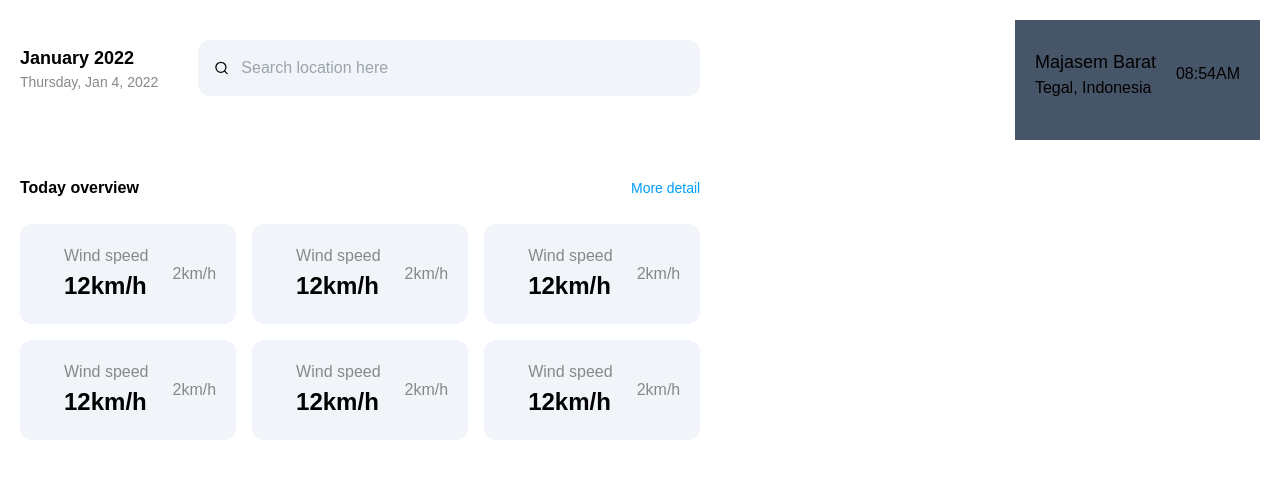
Repository: theweirdboiz/datawarehouse-ui
Page: /
An editor plug-in stored every save of this project. The page is shown before and after the next save, followed by the edit.
The browser window is 1280 px wide. The pictures show the whole page.
The project was rebuilt for these pictures with package versions that can differ from the ones it lists, and the page was loaded fresh each time. Also part of the build but not shown: vite.config.js.

Above is the page before, as saved 2022-11-23 16:39:06.

### index.html
<!DOCTYPE html>
<html lang="en">
  <head>
    <meta charset="UTF-8" />
    <link rel="icon" type="image/svg+xml" href="/vite.svg" />
    <meta name="viewport" content="width=device-width, initial-scale=1.0" />
    <title>Weather - Datawarehouse</title>
  </head>
  <body>
    <div id="root"></div>
    <script type="module" src="/src/main.jsx"></script>
  </body>
</html>

### src/App.jsx
import { useState } from "react";
import { FiSearch } from "react-icons/fi";

function App() {
  const date = "font-[900] text-lg";
  const detailDate = "text-sm text-[#888]";

  const contentTop = "mt-[20px] flex items-center gap-x-10 mb-20";
  const contentSearch =
    "content__search p-4 flex items-center gap-x-3 flex-1 rounded-xl bg-slate-100";

  return (
    <div className="container p-5 mx-auto">
      <div className="flex justify-between">
        <section className="content max-w-3xl">
          <div className={contentTop}>
            <div className="flex-col">
              <h3 className={date}>January 2022</h3>
              <div className={detailDate}>Thursday, Jan 4, 2022</div>
            </div>
            <div className={contentSearch}>
              <FiSearch />
              <input
                className="w-full bg-transparent"
                type="text"
                placeholder="Search location here"
              />
            </div>
          </div>
          <div className="content__detail">
            <div className="flex items-center justify-between">
              <h4 className="font-semibold">Today overview</h4>
              <div className="">
                <button className="text-sm font-medium text-[#009EFF]">
                  More detail
                </button>
              </div>
            </div>
            <div>
              <div className="content__detail-box grid grid-cols-3 gap-4 mt-6">
                <div className="content__detail-item p-5 flex items-center gap-x-6 bg-slate-100 rounded-xl">
                  <i></i>
                  <div className="speed flex flex-col">
                    <h4 className="text-[#888]">Wind speed</h4>
                    <span className="text-[24px] font-semibold">12km/h</span>
                  </div>
                  <span className="text-[#888]">2km/h</span>
                </div>
                <div className="content__detail-item p-5 flex items-center gap-x-6 bg-slate-100 rounded-xl">
                  <i></i>
                  <div className="speed flex flex-col">
                    <h4 className="text-[#888]">Wind speed</h4>
                    <span className="text-[24px] font-semibold">12km/h</span>
                  </div>
                  <span className="text-[#888]">2km/h</span>
                </div>
                <div className="content__detail-item p-5 flex items-center gap-x-6 bg-slate-100 rounded-xl">
                  <i></i>
                  <div className="speed flex flex-col">
                    <h4 className="text-[#888]">Wind speed</h4>
                    <span className="text-[24px] font-semibold">12km/h</span>
                  </div>
                  <span className="text-[#888]">2km/h</span>
                </div>
                <div className="content__detail-item p-5 flex items-center gap-x-6 bg-slate-100 rounded-xl">
                  <i></i>
                  <div className="speed flex flex-col">
                    <h4 className="text-[#888]">Wind speed</h4>
                    <span className="text-[24px] font-semibold">12km/h</span>
                  </div>
                  <span className="text-[#888]">2km/h</span>
                </div>
                <div className="content__detail-item p-5 flex items-center gap-x-6 bg-slate-100 rounded-xl">
                  <i></i>
                  <div className="speed flex flex-col">
                    <h4 className="text-[#888]">Wind speed</h4>
                    <span className="text-[24px] font-semibold">12km/h</span>
                  </div>
                  <span className="text-[#888]">2km/h</span>
                </div>
                <div className="content__detail-item p-5 flex items-center gap-x-6 bg-slate-100 rounded-xl">
                  <i></i>
                  <div className="speed flex flex-col">
                    <h4 className="text-[#888]">Wind speed</h4>
                    <span className="text-[24px] font-semibold">12km/h</span>
                  </div>
                  <span className="text-[#888]">2km/h</span>
                </div>
              </div>
            </div>
          </div>
        </section>
        <section className="content__right">
          <div className="bg-slate-600 p-5">
            <div className="flex items-center gap-x-5 justify-between mt-2 mb-5">
              <div className="flex flex-col">
                <h3 className="text-lg">Majasem Barat</h3>
                <span>Tegal, Indonesia</span>
              </div>
              <h4>08:54AM</h4>
            </div>
          </div>
        </section>
      </div>
    </div>
  );
}

export default App;

### src/index.scss
@tailwind base;
@tailwind components;
@tailwind utilities;

@layer base {
  @import url("https://fonts.googleapis.com/css2?family=Poppins:wght@300;500;600;900&display=swap");

  *,
  *::before,
  *::after {
    box-sizing: border-box;
  }
  * {
    margin: 0;
    padding: 0;
  }
  body {
    line-height: 1.5;
    font-family: "Poppins", sans-serif;
  }
  img,
  picture,
  video,
  canvas,
  svg {
    display: block;
    max-width: 100%;
  }
  input,
  button,
  textarea,
  select {
    outline: none;
  }
  p,
  h1,
  h2,
  h3,
  h4,
  h5,
  h6 {
    overflow-wrap: break-word;
  }
}

Loaded but not shown: src/main.jsx (common file); tailwind.config.cjs (common file)

After the next save:
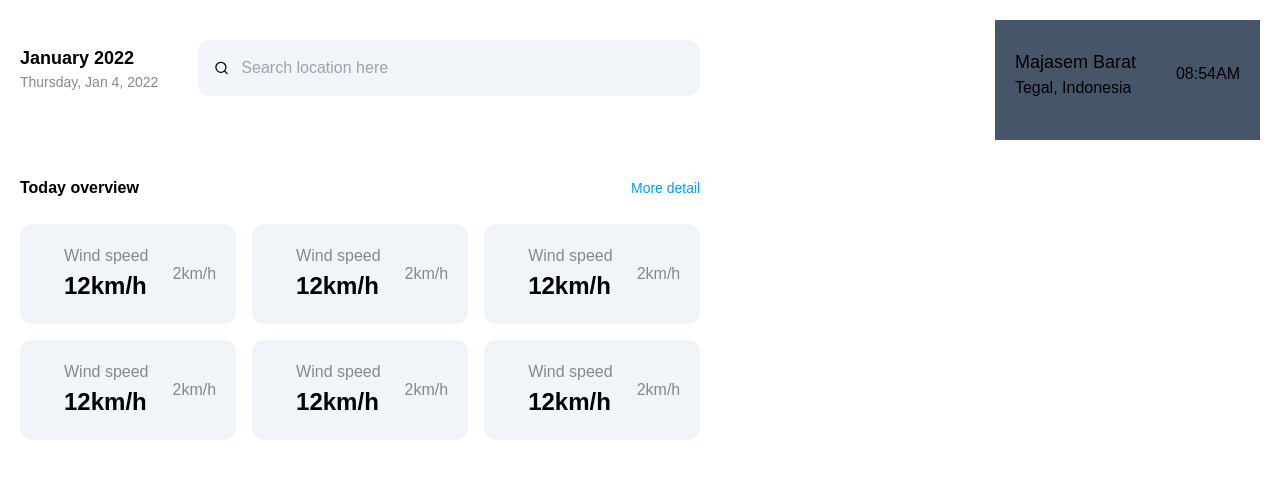
Saved 10 s later.
--- a/src/App.jsx
+++ b/src/App.jsx
@@ -92,7 +92,7 @@ function App() {
         </section>
         <section className="content__right">
           <div className="bg-slate-600 p-5">
-            <div className="flex items-center gap-x-5 justify-between mt-2 mb-5">
+            <div className="flex items-center gap-x-10 justify-between mt-2 mb-5">
               <div className="flex flex-col">
                 <h3 className="text-lg">Majasem Barat</h3>
                 <span>Tegal, Indonesia</span>
